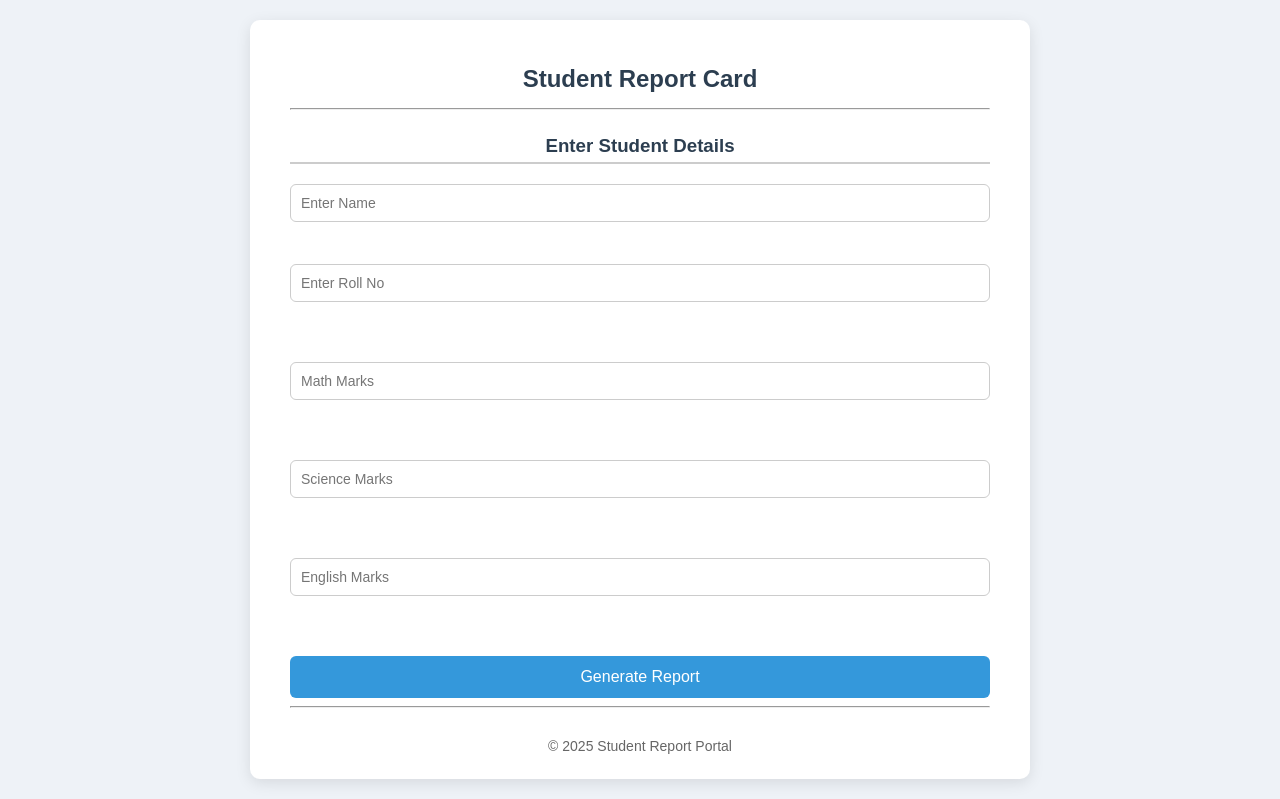
Repository: ashwinii19/Core-Java-Learning
Page: http://localhost/24-JSP/
The author's editor kept a copy of each file at every save. The page is drawn from the files as they stood at one save, then again after the next save.
The browser window is 1280 px wide. The pictures show the whole page.
The page is served by Tomcat 9. Other server files are loaded and not shown.

Above is the page before, as saved 2025-08-20 03:56:23.

### 24-JSP/src/main/webapp/index.jsp
<%@ page language="java" contentType="text/html; charset=ISO-8859-1"
    pageEncoding="ISO-8859-1"%>
<!DOCTYPE html>
<html>
<head>
<meta charset="ISO-8859-1">
<title>Home</title>
</head>
<body>
    <jsp:include page="header.jsp"/>

    <h3>Enter Student Details</h3>
    <form action="profile.jsp" method="get">
        <input type="text" name="name" placeholder="Enter Name"
       pattern="^[A-Za-z ]+$" title="Name must contain only letters and spaces" required /><br>


        <input type="text" name="rollNo" placeholder="Enter Roll No" required/><br><br>

         <input type="number" name="math" placeholder="Math Marks" min="0" max="100" required/><br><br>
        <input type="number" name="science" placeholder="Science Marks" min="0" max="100" required/><br><br>
        <input type="number" name="english" placeholder="English Marks" min="0" max="100" required/><br><br>

        <input type="submit" value="Generate Report"/>
    </form>

    <jsp:include page="footer.jsp"/>
</body>
</html>

### 24-JSP/src/main/webapp/header.jsp
<%@ page language="java" contentType="text/html; charset=ISO-8859-1"
	pageEncoding="ISO-8859-1"%>
<!DOCTYPE html>
<html>
<head>
<meta charset="ISO-8859-1">
<link rel="stylesheet" type="text/css" href="css/style.css">
<title>Header</title>
</head>
<body>
	<div class="container">
		<h2>Student Report Card</h2>
		<hr />
</body>
</html>

### 24-JSP/src/main/webapp/footer.jsp
<%@ page language="java" contentType="text/html; charset=ISO-8859-1"
	pageEncoding="ISO-8859-1"%>
<!DOCTYPE html>
<html>
<head>
<meta charset="ISO-8859-1">
<title>Footer</title>
</head>
<body>
	<hr />
	<footer>&copy; 2025 Student Report Portal</footer>
	</div>
</body>
</html>

### 24-JSP/src/main/webapp/css/style.css
/* General Page Styling */
body {
    font-family: Arial, sans-serif;
    background-color: #eef2f7;
    margin: 0;
    padding: 20px;
}

/* Centered Card Container */
.container {
    max-width: 700px;
    margin: auto;
    background: #ffffff;
    padding: 25px 40px;
    border-radius: 10px;
    box-shadow: 0 4px 15px rgba(0,0,0,0.1);
}

/* Headings */
h1, h2, h3 {
    text-align: center;
    color: #2c3e50;
    margin-bottom: 15px;
}

h3 {
    margin-top: 25px;
    border-bottom: 2px solid #ccc;
    padding-bottom: 5px;
}

/* Form */
form {
    display: flex;
    flex-direction: column;
    gap: 12px;
    margin-top: 20px;
}

input[type="text"],
input[type="number"] {
    padding: 10px;
    border: 1px solid #ccc;
    border-radius: 6px;
    font-size: 14px;
}

input[type="submit"] {
    background: #3498db;
    color: white;
    border: none;
    padding: 12px;
    border-radius: 6px;
    font-size: 16px;
    cursor: pointer;
}

input[type="submit"]:hover {
    background: #2980b9;
}

/* Pass/Fail colors */
.status-pass {
    color: green;
    font-weight: bold;
}
.status-fail {
    color: red;
    font-weight: bold;
}

/* Table Styling */
table {
    width: 100%;
    border-collapse: collapse;
    margin-top: 20px;
}

table, th, td {
    border: 1px solid #ccc;
}

th, td {
    padding: 12px;
    text-align: center;
    font-size: 15px;
}

th {
    background-color: #3498db;
    color: white;
}

.result-table td {
    font-weight: bold;
}


/* Footer */
footer {
    text-align: center;
    color: #666;
    font-size: 14px;
    margin-top: 30px;
}

After the next save:
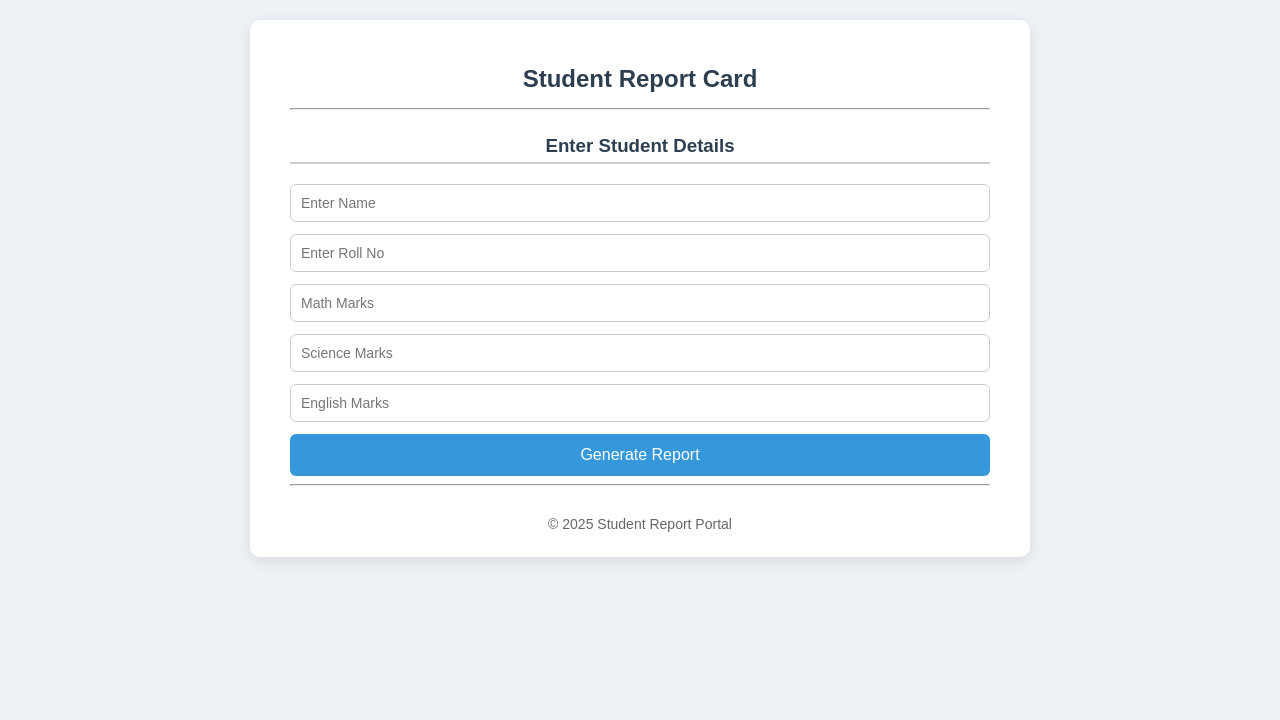
Saved 32 s later.
--- a/24-JSP/src/main/webapp/index.jsp
+++ b/24-JSP/src/main/webapp/index.jsp
@@ -12,14 +12,14 @@
     <h3>Enter Student Details</h3>
     <form action="profile.jsp" method="get">
         <input type="text" name="name" placeholder="Enter Name"
-       pattern="^[A-Za-z ]+$" title="Name must contain only letters and spaces" required /><br>
+       pattern="^[A-Za-z ]+$" title="Name must contain only letters and spaces" required />
 
 
-        <input type="text" name="rollNo" placeholder="Enter Roll No" required/><br><br>
+        <input type="text" name="rollNo" placeholder="Enter Roll No" required/>
 
-         <input type="number" name="math" placeholder="Math Marks" min="0" max="100" required/><br><br>
-        <input type="number" name="science" placeholder="Science Marks" min="0" max="100" required/><br><br>
-        <input type="number" name="english" placeholder="English Marks" min="0" max="100" required/><br><br>
+         <input type="number" name="math" placeholder="Math Marks" min="0" max="100" required/>
+        <input type="number" name="science" placeholder="Science Marks" min="0" max="100" required/>
+        <input type="number" name="english" placeholder="English Marks" min="0" max="100" required/>
 
         <input type="submit" value="Generate Report"/>
     </form>
